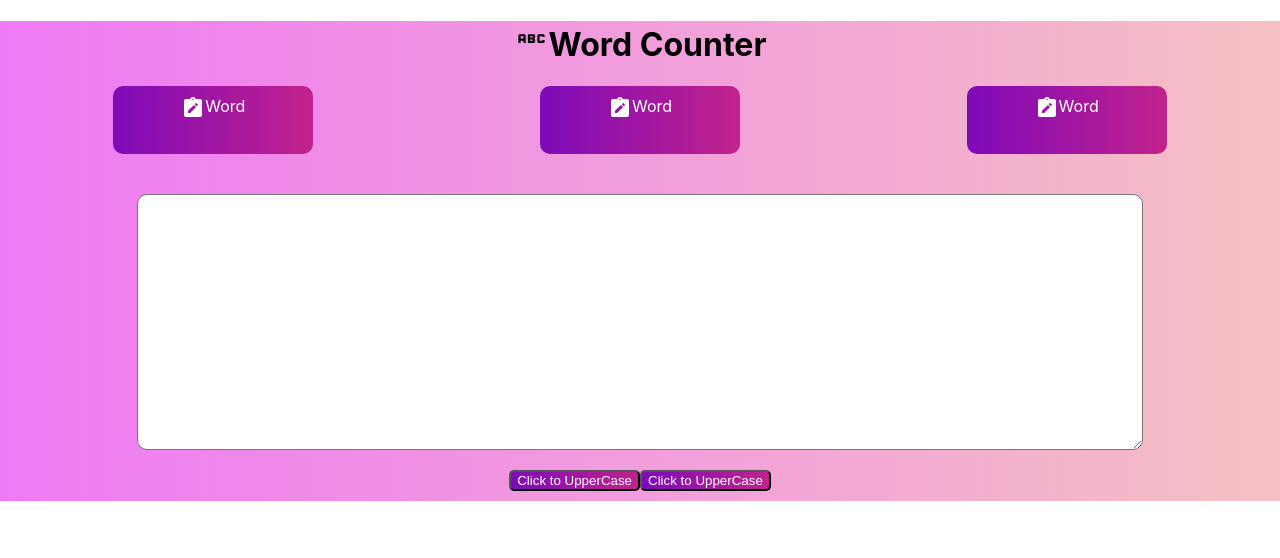
Repository: 123cuongcao/nopbai-basic
Page: /
These files come from the project's save history. The page is drawn as it stood at one moment and after the next save; the edit follows.
The browser window is 1280 px wide. The pictures show the whole page.
The project was rebuilt for these pictures with package versions that can differ from the ones it lists, and the page was loaded fresh each time.

Above is the page before, as saved 2023-08-15 11:49:02.

### src/App.js
import logo from './logo.svg';
// import './App.css';
import Index from './components';

function App() {
  return (
    <>
      <Index/>
    </>
  );
}

export default App;

### src/components/index.jsx
import React from "react";
import Box from "./views/box";
import AbcIcon from '@mui/icons-material/Abc';
import Textarea from "./views/textarea";

export default function Index() {
  return (
    <div
      style={{
        background: "linear-gradient(to right,#e002ec86,#f3b6b9db",
      }}
    >
        <h1 style={{textAlign:'center'}}> <span ><AbcIcon fontSize="large"/></span>Word Counter</h1>

      <div style={{display: "flex",justifyContent:'space-around'}} >
        <Box />
        <Box />
        <Box />
      </div>

      <div style={{display:'flex',justifyContent:'center',marginTop:'40px'}}>
            <Textarea/>
      </div>

      <div style={{display:'flex',justifyContent:'center',padding:'20px 0px 10px 0px'}}>
            <button style={{background:'linear-gradient(to right,#7D0AB8,#C2228C',color:'#fff',borderRadius:'5px' ,padding:''}} >Click to UpperCase</button>
            <button style={{background:'linear-gradient(to right,#7D0AB8,#C2228C',color:'#fff',borderRadius:'5px'}} >Click to UpperCase</button>

      </div>
    </div>
  );
}

### src/components/views/box.jsx
import React from 'react'
import NoteAltIcon from '@mui/icons-material/NoteAlt';

export default function Box() {
  return (
    <div style={{background:'linear-gradient(to right,#7D0AB8,#C2228C',width:'200px',display:'flex',justifyContent:'center',color:'#ffff',borderRadius:'10px'}}>
      <div style={{display:'flex',padding:"10px 30px 30px 30px"}}>
      <span><NoteAltIcon/></span>
      <span>Word</span>
      </div>


    </div>
  )
}

### src/components/views/textarea.jsx
import React from 'react'

export default function Textarea() {
  return (
    <>
        <textarea style={{width:'1000px',height:'250px',borderRadius:'10px',}}></textarea>
    </>
  )
}

Loaded but not shown: public/index.html (common file); src/index.js (common file); src/index.css (common file); src/reportWebVitals.js (common file)

After the next save:
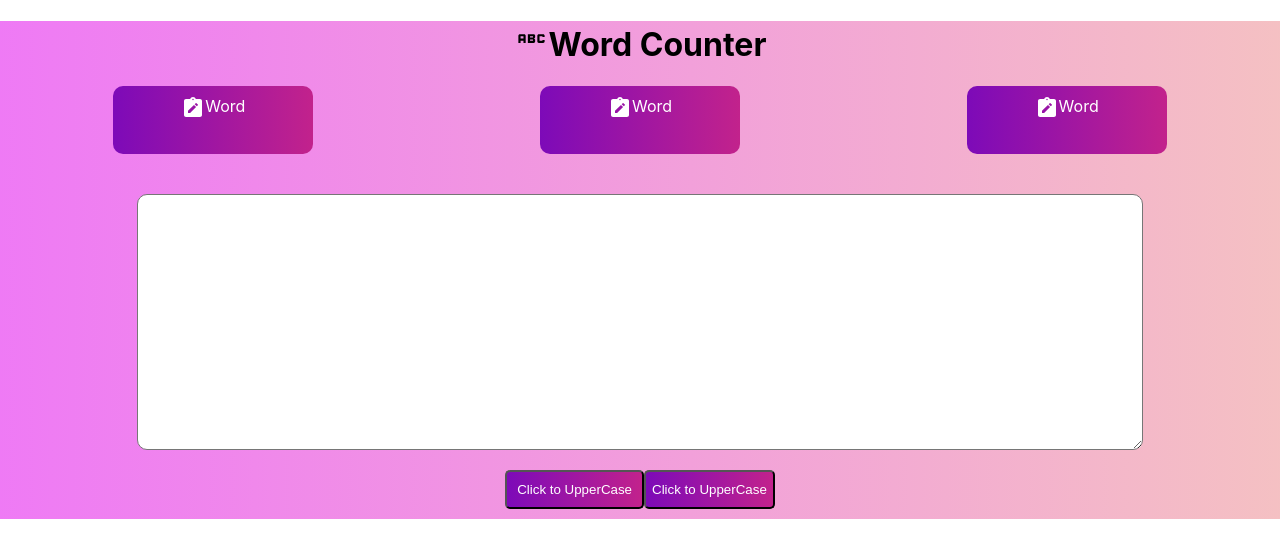
Saved 18 s later.
--- a/src/components/index.jsx
+++ b/src/components/index.jsx
@@ -23,7 +23,7 @@ export default function Index() {
       </div>
 
       <div style={{display:'flex',justifyContent:'center',padding:'20px 0px 10px 0px'}}>
-            <button style={{background:'linear-gradient(to right,#7D0AB8,#C2228C',color:'#fff',borderRadius:'5px' ,padding:''}} >Click to UpperCase</button>
+            <button style={{background:'linear-gradient(to right,#7D0AB8,#C2228C',color:'#fff',borderRadius:'5px' ,padding:'10px'}} >Click to UpperCase</button>
             <button style={{background:'linear-gradient(to right,#7D0AB8,#C2228C',color:'#fff',borderRadius:'5px'}} >Click to UpperCase</button>
 
       </div>
